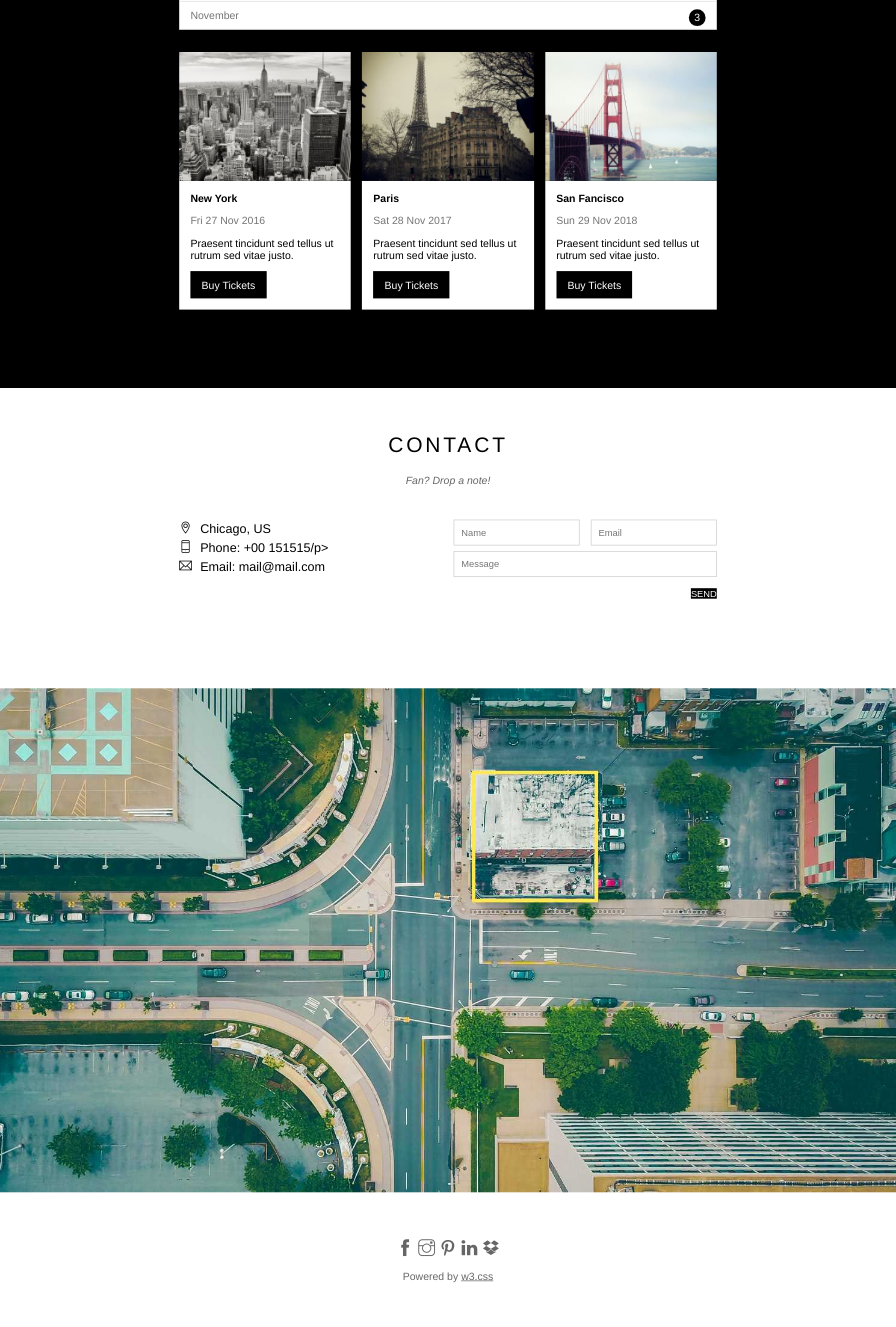
Repository: ThinhTran2k/BigBang-Band-Website
Page: index.html
The author's editor kept a copy of each file at every save. The page is drawn from the files as they stood at one save, then again after the next save.
The browser window is 1280 px wide. The pictures show the part of the page from y = 1725 to 3645 px (the page is 3621 px tall before and 3645 px after), at 70% of full size.

Above is the page before, as saved 2021-03-16 18:51:16.
Console error: TypeError: Cannot set properties of undefined (setting 'onclick')

### index.html
<!DOCTYPE html>
<html lang="en">
<head>
    <meta charset="UTF-8">
    <meta http-equiv="X-UA-Compatible" content="IE=edge">
    <meta name="viewport" content="width=device-width, initial-scale=1.0">
    <title>Brand</title>
    <link rel="icon" href="asset/img/favicon.png" type="image/x-icon" />
    <link rel="stylesheet" href="./asset/css/style.css">
    <link rel="stylesheet" href="./asset/css/responsive.css">
    <link rel="stylesheet" href="./asset/font/themify-icons/themify-icons.css">
</head>
<body>
    <div class="wrapper">
        <div class="header">
            <!-- Navigation -->
            <ul class="nav row-block">
                <li><a href="#">Home</a></li>
                <li><a href="#band">Band</a></li>
                <li><a href="#tour">Tour</a></li>
                <li><a href="#contact">Contact</a></li>
                <li>
                    <a href="#">
                        More
                        <i class="nav-arrow-icon ti-angle-down"></i>
                    </a>
                    <ul class="subnav">
                        <li><a href="#">Merchandise</a></li>
                        <li><a href="#">Extras</a></li>
                        <li><a href="#">Media</a></li>
                    </ul>
                </li>
            </ul>

            <!-- Search -->
            <div class="header__search">
                <i class="header__search-icon ti-search"> </i>
            </div>

            <div class="mobi-menu-responsive">
                <i class="menu-icon ti-menu"></i>
            </div>
        </div>

        <div class="slider">
            <div class="text-content">
                <h2 class="text-heading">New York</h2>
                <div class="text-description">The atmosphere in New York is lorem ipsum.</div>
            </div>
        </div>

        <div class="content" >
            <div class="content-section" id="band">
                <h2 class="section-heading">THE BAND</h2>
                <p class="section-subheading">We love music</p>
                <p class="about">We have created a fictional band website. Lorem ipsum dolor sit amet, consectetur adipiscing elit, sed do eiusmod tempor
                incididunt ut labore et dolore magna aliqua. Ut enim ad minim veniam, quis nostrud exercitation ullamco laboris nisi ut
                aliquip ex ea commodo consequat. Duis aute irure dolor in reprehenderit in voluptate velit esse cillum dolore eu fugiat
                nulla pariatur. Excepteur sint occaecat cupidatat non proident, sunt in culpa qui officia deserunt mollit anim id est
                laborum consectetur adipiscing elit, sed do eiusmod tempor incididunt ut labore et dolore magna aliqua. Ut enim ad minim
                veniam, quis nostrud exercitation ullamco laboris nisi ut aliquip ex ea commodo consequat.
                </p>

                <div class="row member-list member-list-resp">
                    <div class="member-item member-item-resp">
                        <p class="member-name">T.O.P</p>
                        <img src="./asset/img/T.O.P.jpg" alt="name" class="member-img">
                    </div>
                    <div class="member-item member-item-resp">
                        <p class="member-name">Taeyong</p>
                        <img src="./asset/img/Taeyong.jpg" alt="name" class="member-img">
                    </div>
                    <div class="member-item member-item-resp">
                        <p class="member-name">G-Dragon</p>
                        <img src="./asset/img/G-dragon.jpg" alt="name" class="member-img">
                    </div>
                    <div class="member-item member-item-resp">
                        <p class="member-name">Deasung</p>
                        <img src="./asset/img/Deasung.jpg" alt="name" class="member-img">
                    </div>
                    <div class="member-item member-item-resp">
                        <p class="member-name">Seungri</p>
                        <img src="./asset/img/Seung-hyun.png" alt="name" class="member-img">
                    </div>
                </div>
            </div>
            <div class="content-section--black" id="tour">
                <div class="content-section">
                    <h2 class="section-heading text-white">TOUR DATES</h2>
                    <p class="section-subheading text-white">Remember to book your tickets!</p>
                    <!-- Tickets -->
                    <ul class="tickets-list">
                        <li>September <span class="sold-out">Sold out</span></li>
                        <li>October <span class="sold-out">Sold out</span></li>
                        <li>November <span class="quantity">3</span></li>
                    </ul>
                    <!-- Places -->
                    <div class="row place-list row-block">
                        <div class="col col-third s-col-full mt-16">
                            <img src="./asset/img/newyork.jpg" alt="place" class="place-img">
                            <div class="place-content">
                                <h3 class="place-heading">New York</h3>
                                <p class="place-time">Fri 27 Nov 2016</p>
                                <p class="place-desc">Praesent tincidunt sed tellus ut rutrum sed vitae justo.</p>
                                <a href="#" class="place-buy-btn">Buy Tickets</a>
                            </div>
                        </div>
                        <div class="col col-third s-col-full mt-16">
                            <img src="./asset/img/paris.jpg" alt="place" class="place-img">
                            <div class="place-content">
                                <h3 class="place-heading">Paris</h3>
                                <p class="place-time">Sat 28 Nov 2017</p>
                                <p class="place-desc">Praesent tincidunt sed tellus ut rutrum sed vitae justo.</p>
                                <a href="#" class="place-buy-btn">Buy Tickets</a>
                            </div>
                        </div>
                        <div class="col col-third s-col-full mt-16">
                            <img src="./asset/img/sanfran.jpg" alt="place" class="place-img">
                            <div class="place-content">
                                <h3 class="place-heading">San Fancisco</h3>
                                <p class="place-time">Sun 29 Nov 2018</p>
                                <p class="place-desc">Praesent tincidunt sed tellus ut rutrum sed vitae justo.</p>
                                <a href="#" class="place-buy-btn">Buy Tickets</a>
                            </div>
                        </div>
                    </div>
                </div>
            </div>
            <div class="content-section" id="contact">
                <h2 class="section-heading">CONTACT</h2>
                <p class="section-subheading">Fan? Drop a note!</p>

                <div class="row contact-content row-block">
                    <div class="col col-half s-col-full contact-infor">
                        <p><i class="ti-location-pin"></i>Chicago, US</p>
                        <p><i class="ti-mobile"></i>Phone: +00 151515/p>
                        <p><i class="ti-email"></i>Email: mail@mail.com</p>
                    </div>
                    <div class="col col-half s-col-full contact-form">
                        <form action="">
                            <div class="row row-block">
                                <div class="col col-half s-col-full">
                                    <input type="text" name="" id="" class="form-control" required placeholder="Name">
                                </div>
                                <div class="col col-half s-col-full">
                                    <input type="email" name="" id="" class="form-control" required placeholder="Email">
                                </div>
                            </div>
                            <div class="row mt-8">
                                <div class="col col-full">
                                    <input type="text" name="" id="" class="form-control" required placeholder="Message">
                                </div>
                            </div>
                            <input type="submit" value="SEND" class="form-btn s-full-width">
                        </form>
                    </div>
                </div>
            </div>

            <div class="map-section" >
                <img src="./asset/img/map.jpg" alt="map">
            </div>
        </div>

        <div class="footer">
            <div class="social-list">
                <a href=""><i class="ti-facebook"></i></a>
                <a href=""><i class="ti-instagram"></i></a>
                <a href=""><i class="ti-pinterest"></i></a>
                <a href=""><i class="ti-linkedin"></i></a>
                <a href=""><i class="ti-twitter-alter"></i></a>
                <a href=""><i class="ti-dropbox-alt"></i></a>
            </div>
            <p class="copyright">Powered by <a href="#">w3.css</a></p>
        </div>
    </div>

    <script>
        // Tự động thay đổi kích thước khi chọn btn menu
        var headerE = document.querySelector('.header');
        var headerHeight = headerE.clientHeight;
        var menuE = document.querySelector('.mobi-menu-responsive');
        menuE.onclick = function () {
            var status = headerE.clientHeight == headerHeight;
            if(status){
                headerE.style.height = 'auto'
            }else{
                headerE.style.height = null;
            }
        }
        // Tự động đóng khi chọn menu
        var menuItems = document.querySelectorAll('ul li a[href*="#"]');
        for(var i = 0; i<= menuItems.length; i++){
            var menuItem = menuItems[i];

            menuItem.onclick = function (e) {
                var isParentMenu = this.nextElementSibling && this.nextElementSibling.classList.contains('subnav');
                if(isParentMenu){
                    e.preventDefault();
                }else{
                    headerE.style.height = null;
                }
            }
        }


    </script>
</body>
</html>

### asset/css/style.css
/* Reset CSS */
*{
    padding: 0;
    margin: 0;
    box-sizing: border-box;
}

html {
    scroll-behavior: smooth;
    font-family: Helvetica, Arial , sans-serif;
}

/* Common css */
.text-white {
    color: #fff !important;
}
.row {
    display: flex;
    justify-content: space-between;
    margin-left: -8px;
    margin-right: -8px;
}
.col {
    padding: 0 8px;
}
.col-third {
    width: 33.33%;
}
.col-half {
    width: 50%;
}
.col-full {
    width: 100%;
}
.mt-8 {
    margin-top: 8px;
}
.mt-16 {
    margin-top: 16px;
}
/* end */

/* Main */
.wrapper {

}

.header {
    position: fixed;
    top: 0;
    left: 0;
    right: 0;
    z-index: 1;
    height: 46px;
    background-color: #000;
}

.nav {
    display: inline-block;
}
.nav .subnav {
    display: none;
    position: absolute;
    top: 100%;
    left: 0;
    min-width: 160px;
    background-color: #fff;
    box-shadow: 0 0 10px rgba(0, 0, 0, 0.3);
}
.nav, .subnav {
    list-style: none;
}
.nav .subnav li:hover, .nav > li:hover > a {
    color: #000;
    background-color: #ccc;
}
.nav .subnav a {
    line-height: 38px;
    padding: 0 16px;
    color: #000;
}

.nav li:hover .subnav {
    display: block;
}
.nav > li {
    display: inline-block;
}
.nav > li > a {
    text-transform: uppercase;
    color: #fff;
}
.nav li{
    position: relative;
}
.nav li a {
    display: block;
    cursor: pointer;
    padding: 0 24px;
    line-height: 46px;
    text-decoration: none;
}
.nav-arrow-icon {
    font-size: 14px;
}

.mobi-menu-responsive {
    position: absolute;
    top: 0;
    right: 0;
}
.header .header__search {
    display: block;
    float: right;
    padding: 0 21px;
    line-height: 46px;
}
.header .mobi-menu-responsive {
    display: none;
    float: right;
    padding: 0 21px;
    line-height: 46px;
}
.header .header__search:hover {
    cursor: pointer;
    background-color: #f44336;
}
.header .mobi-menu-responsive:hover {
    background-color: #ccc;
}
.header .menu-icon:hover {
    color: #000;
}
.header .menu-icon,
.header__search-icon {
    color: #fff;
    font-size: 20px;
}

.slider {
    position: relative;
    margin-top: 46px;
    padding-top: 50%;
    background-image: url('/asset/img/slider2.jpg');
    background-size: cover;
    background-repeat: no-repeat;
    background-position: top center;
}
.text-content {
    position: absolute;
    color: #fff;
    bottom: 48px;
    left: 50%;
    transform: translateX(-50%);
    text-align: center;
}
.text-heading {
    font-weight: 500;
}
.text-description {
    padding-top: 15px;
}


.content {

}
.content-section {
    width: 800px;
    max-width: 100%;
    margin: 0 auto;
    padding: 64px 16px 112px;
}
.section-heading {
    font-weight: 500;
    font-size: 30px;
    text-align: center;
    letter-spacing: 4px;
}
.section-subheading {
    font-size: 15px;
    text-align: center;
    margin-top: 25px;
    font-style: italic;
    opacity: 0.6;
}
.about {
    margin-top: 25px;
    font-size: 15px;
    text-align: justify;
    line-height: 1.5;
}
.member-list {
    margin-top: 38px;
    padding: 32px 0;
}
.member-item {
    display: flex;
    flex-direction: column;
    align-items: center;
    justify-content: center;
    width: 20%;
}
.member-item .member-name {
    margin-bottom: 15px;
}
.member-item .member-img {
    border-radius: 5px;
    width: 150px;
    object-fit: contain;
}
.content-section--black {
    background-color: #000;
}
.tickets-list {
    list-style: none;
    margin-top: 40px;
    background-color: #fff;
}
.tickets-list li {
    color: #757575;
    font-size: 15px;
    padding: 11px 16px;
    border-bottom: 1px solid #ddd;
}
.sold-out {
    background-color: #f44336;
    padding: 3px 4px;
    color: #fff;
    margin-left: 16px;
}
.quantity {
    float: right;
    width: 24px;
    height: 24px;
    line-height: 24px;
    text-align: center;
    border-radius: 50%;
    background-color: #000;
    color: #fff;
}
.place-list {
    margin-top: 16px;
}
.place-img {
    display: block;
    width: 100%;
}
.place-img:hover { opacity: 0.6;}
.place-content {
    font-size: 15px;
    padding: 16px;
    background-color: #fff;
}
.place-heading {
    font-size: 15px;
    font-weight: 600;
}
.place-time {
    color: #757575;
    margin-top: 15px;
}
.place-desc {
    margin-top: 15px;
}
.place-buy-btn {
    display: inline-block;
    color: #fff;
    background-color: #000;
    padding: 11px 16px;
    margin-top: 15px;
    text-decoration: none;
}
.place-buy-btn:hover {color: #000; background-color: #ccc;}
/* Contact Form */
.contact-content {
    margin-top: 48px;
}
.contact-infor {
    font-size: 18px;
    line-height: 1.5;
}
.contact-infor i[class*="ti-"] { width: 30px; display: inline-block;}
.contact-form {
    font-size: 15px;
}
.form-control {
    padding: 10px;
    border: 1px solid #ccc;
    width: 100%;
}

.form-btn {
    display: block;
    margin-left: auto;
    margin-top: 16px;
    margin-bottom: 16px;
    border:none;
    color: #fff;
    background-color: #000;
}
.form-btn:hover { background-color: #ccc; cursor: pointer;color: #000;}

/* Map */
.map-section img {
    width: 100%;
}

.footer {
    padding: 64px 16px;
    text-align: center;
}
.footer .social-list {
    font-size: 24px;
}
.footer .social-list a {text-decoration: none; color: rgba(0, 0, 0, 0.6);}
.footer .social-list a:hover ,.footer .copyright a:hover { color: rgba(0, 0, 0, 0.4);}
.footer .copyright {
    margin-top: 15px;
    font-size: 15px;
    color: rgba(0, 0, 0, 0.6);
}
.footer .copyright a {
    color: rgba(0, 0, 0, 0.6);
}

### asset/css/responsive.css
/* Mobile */
@media (max-width: 740px) {
    .header .header__search {
        display: none;
    }
    .header .mobi-menu-responsive {
        display: block;
    }
    .header {
        overflow: hidden;
    }
    .nav > li {
        display: block;
    }
    .nav .subnav {
        position: initial;
        background-color: #333;
    }
    .nav .subnav a {
        color: #fff;
        padding: 5px 40px;
    }
    .nav > li:first-child {
        display: inline-block;
    }
    .member-list-resp {
        display: block;
        margin-top: 0;
    }
    .member-item-resp {
        padding-top: 35px;
        width: 100%;
    }
    .member-item .member-img {
        width: 60%;
    }
    .s-full-width,
    .s-col-full {
        width: 100%;
    }
    .place-img {
        height: 60%;
    }
    .row-block {
        display: block;
    }
    .contact-form {
        margin-top: 16px;
    }
}

Loaded but not shown: asset/font/themify-icons/themify-icons.css (common file)

After the next save:
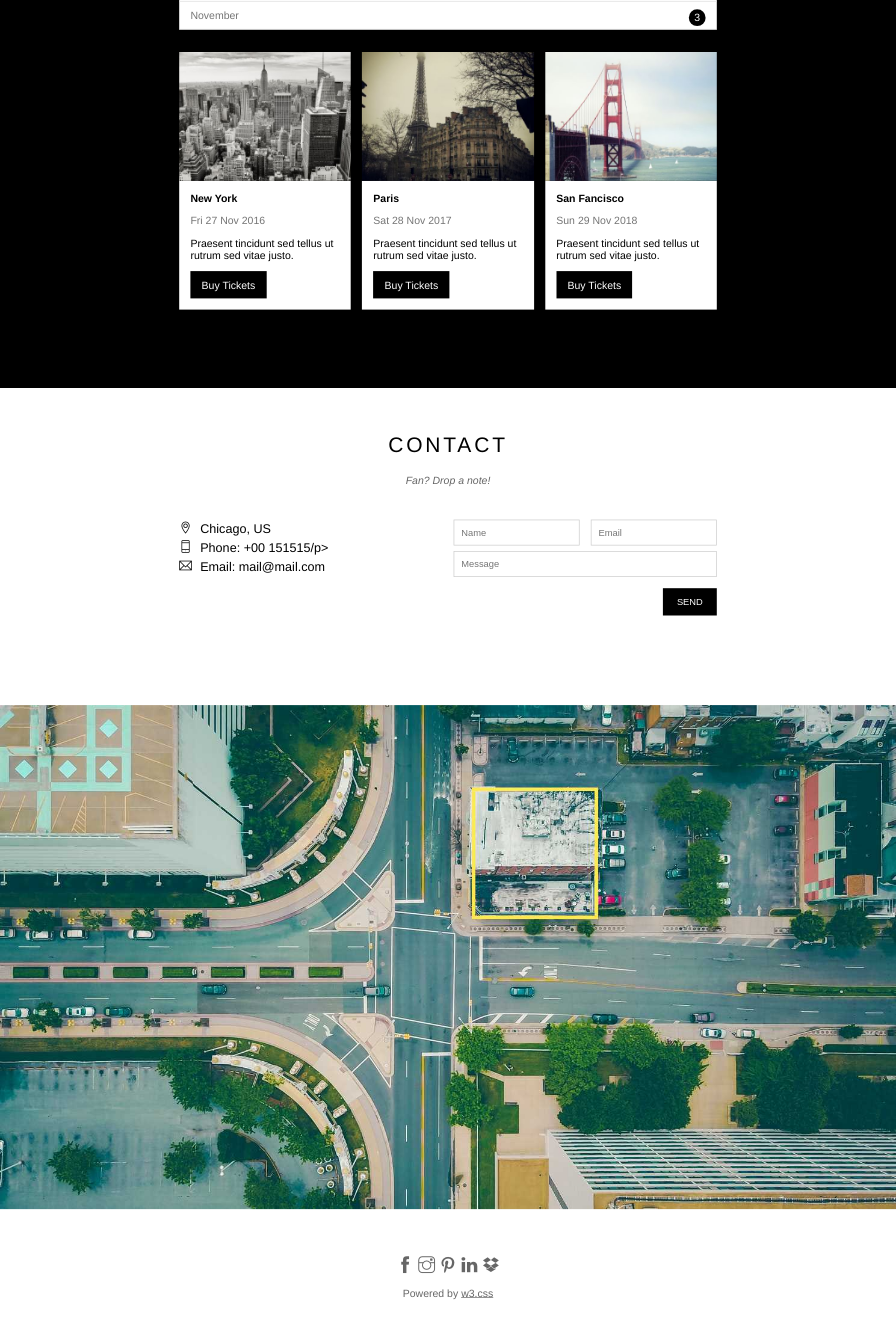
Saved 91 s later.
--- a/asset/css/style.css
+++ b/asset/css/style.css
@@ -292,6 +292,7 @@
 
 .form-btn {
     display: block;
+    padding: 12px 20px;
     margin-left: auto;
     margin-top: 16px;
     margin-bottom: 16px;
